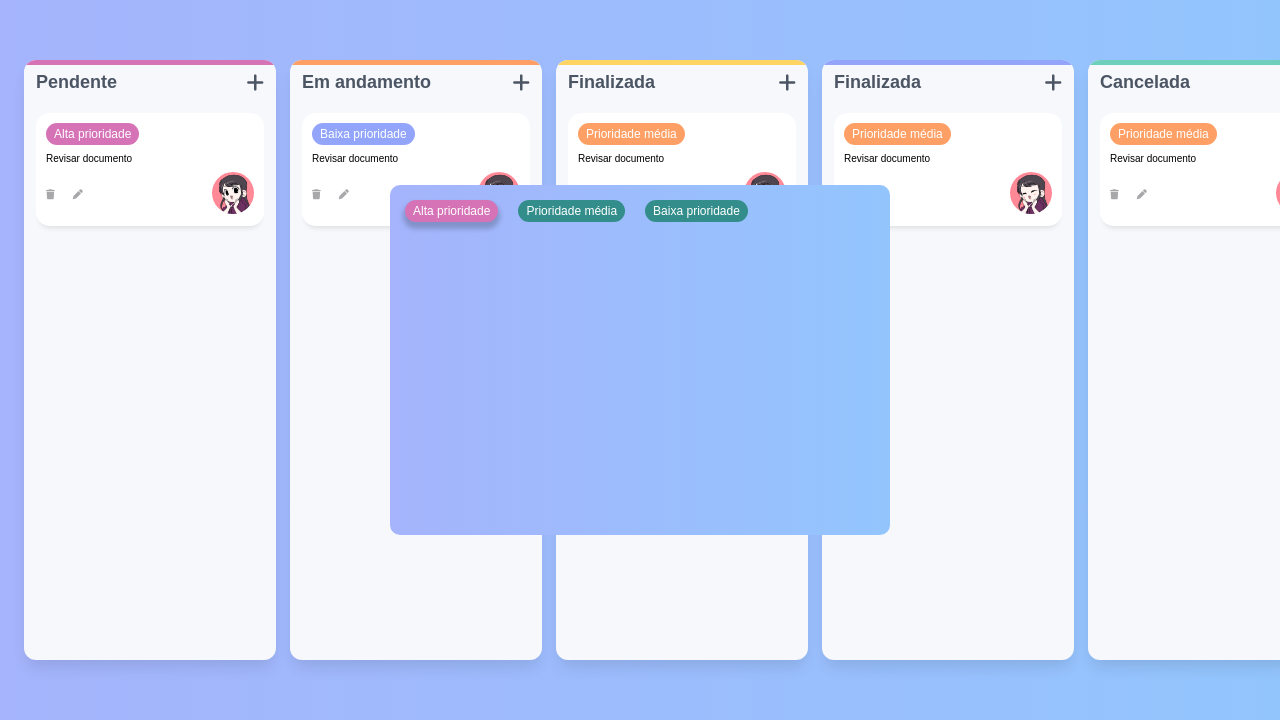
Repository: Marinalr-25/ProjetoToDoList
Page: index.html
An editor plug-in stored every save of this project. The page is shown before and after the next save, followed by the edit.
The browser window is 1280 px wide. The pictures show the whole page.
The first `#alta_prioridade` is checked.
Some web fonts or font styles are not loaded; a fallback is used. Some web libraries are served in a nearby version.

Above is the page before, as saved 2024-10-31 18:08:20.

After the next save:
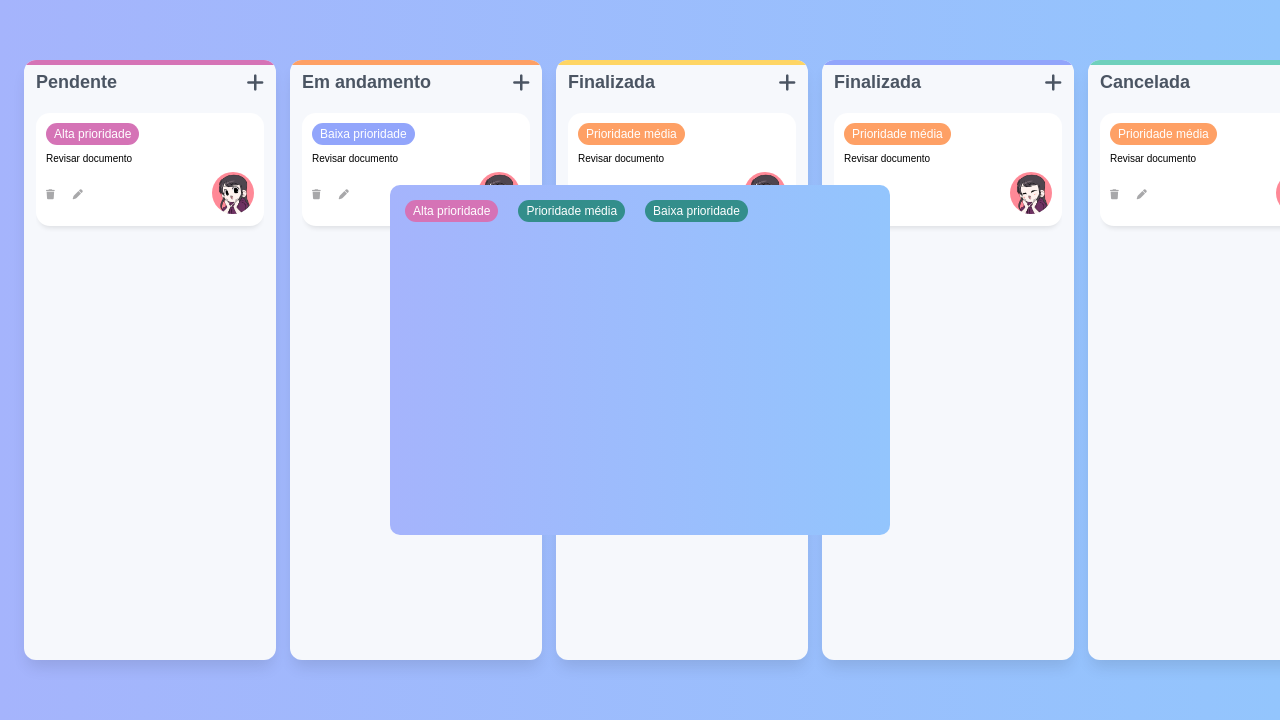
Saved 9 s later.
--- a/css/style.css
+++ b/css/style.css
@@ -200,17 +200,14 @@ body {
 }
 
 #alta_prioridade:checked + label {
-  box-shadow: 0 0.5rem 5px 2px rgba(0, 0, 0, 0.2);
   background-color: #d573b6; /* Vermelho para alta prioridade */
 }
 
 #media_prioridade:checked + label {
-  box-shadow: 0 0 5px rgba(0, 0, 0, 0.2);
   background-color: #fea065; /* Amarelo para média prioridade */
 }
 
 #baixa_prioridade:checked + label {
-  box-shadow: 0 0 5px rgba(0, 0, 0, 0.2);
   background-color: #92a5fb; /* Verde para baixa prioridade */
 }
 
